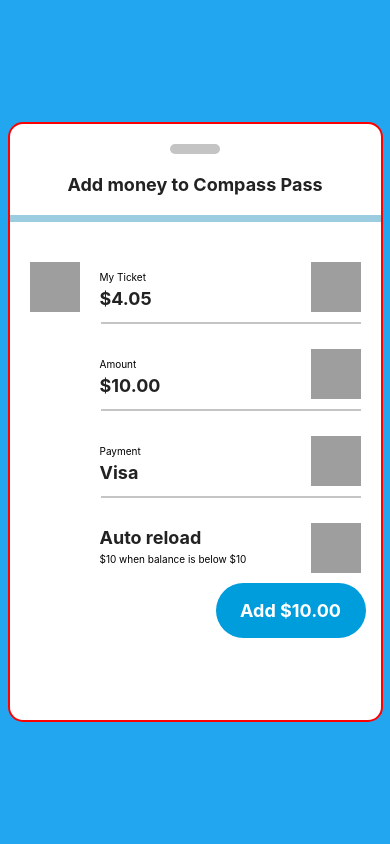
Repository: wilyyy/CompassPlus
Page: /
An editor plug-in stored every save of this project. The page is shown before and after a run of saves, followed by the edit.
The browser window is 390 px wide. The pictures show the whole page.
Pictures or frames that could not be fetched are drawn as grey boxes. The app was drawn by React Native's web renderer in a window 390 px wide. The project was rebuilt for these pictures with package versions that can differ from the ones it lists, and the page was loaded fresh each time. Also part of the build but not shown: constants/styles.js, comps/CompassCardParent/cardManager.js, comps/CompassCardParent/transferFunds.js, comps/LinkCompassCard/index.js, comps/RideCardCont/index.js, storybook/stories/CenterView/style.js, comps/SignUpTransitCard/index.js.

Above is the page before, as saved 2021-10-30 19:58:34.

After the next 3 saves:
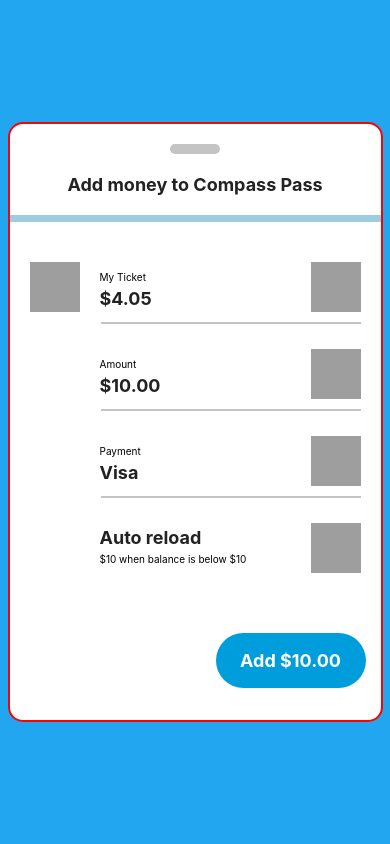
The 3 saves are shown as one change because 1 did not build or start and some came seconds apart.
The last was saved 31 s later.
--- a/comps/CompassCardParent/CardManager/AddFunds/index.js
+++ b/comps/CompassCardParent/CardManager/AddFunds/index.js
@@ -223,6 +223,7 @@
         alignSelf: 'flex-end',
         right: 15,
         justifyContent: 'center',
+        marginTop: 50,
 
 
     }
